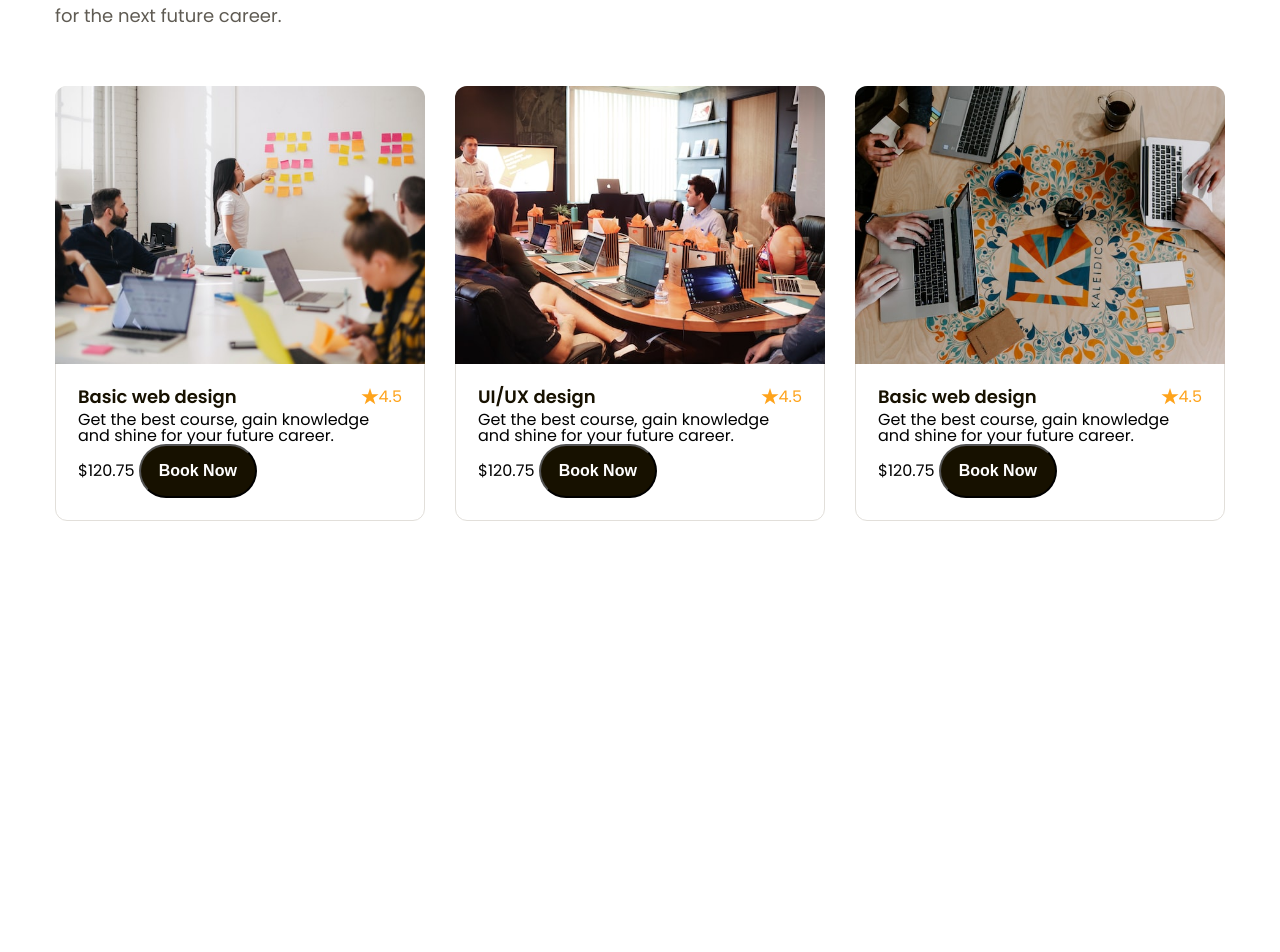
Repository: ynguyen1512/htmlcss-project-02
Page: index.html
These files come from the project's save history. The page is drawn as it stood at one moment and after the next save; the edit follows.
The browser window is 1280 px wide. The pictures show the part of the page from y = 1193 to 2145 px (the page is 5000 px tall).
A picture or video elsewhere on the page could not be fetched, so the positions and the page height are approximate.

Above is the page before, as saved 2023-02-20 22:53:24.

### index.html
<!DOCTYPE html>
<html lang="en">
<head>
    <meta charset="UTF-8">
    <meta http-equiv="X-UA-Compatible" content="IE=edge">
    <meta name="viewport" content="width=device-width, initial-scale=1.0">
    <title>F8 Project 02</title>
    <!-- Reset CSS -->
    <link rel="stylesheet" href="./assets/css/reset.css">
    <!-- Embed fonts -->
    <link rel="preconnect" href="https://fonts.googleapis.com">
    <link rel="preconnect" href="https://fonts.gstatic.com" crossorigin>
    <link href="https://fonts.googleapis.com/css2?family=Poppins:ital,wght@0,400;0,500;0,600;0,700;1,400&family=Sen:wght@700&display=swap" rel="stylesheet">
    <!-- Styles -->
    <link rel="stylesheet" href="./assets/css/style.css">
</head>
<body>
    <main style="height: 5000px;">
        <!-- Header -->
        <header class="header fixed">
            <div class=" main-content">
                <di class="body">
                    <!-- Logo -->
                    <a href="#">
                        <img src="./assets/img/logo.png" alt="Lesson." class="logo">
                    </a>
                    <!-- Navigation -->
                    <nav class="nav">
                        <ul>
                            <li class="active"><a href="#!">Home</a></li>
                            <li><a href="#!">Courses</a></li>
                            <li><a href="#!">Pricing</a></li>
                            <li><a href="#!">Reviews</a></li>
                        </ul>
                    </nav>

                    <!-- Action -->
                    <div class="action">
                        <a href="" class="btn sign-up-btn">Sign Up</a>
                    </div>
                </di >
            </div>
        </header>

        <!-- Hero -->
        <div class="hero">
            <div class="main-content">
                <div class="body">
                    <!-- Hero-left -->
                    <div class="media-block">
                        <img src="./assets/img/hero-img.jpg"
                        alt="Learn without limits and spread knowledge." class="img">

                        <div class="hero-summary">
                            <div class="item">
                                <div class="icon">
                                    <img src="./assets/icons/list.svg" alt="">
                                </div>
                                <div class="info">
                                    <p class="label">20 Courses</p>
                                    <p class="title">UI/UX Design</p>
                                </div>
                            </div>
                            <div class="item">
                                <div class="icon">
                                    <img src="./assets/icons/code.svg" alt="">
                                </div>
                                <div class="info">
                                    <p class="label">20 Courses</p>
                                    <p class="title">Development</p>
                                </div>
                            </div>
                            <div class="item">
                                <div class="icon">
                                    <img src="./assets/icons/speaker.svg" alt="">
                                </div>
                                <div class="info">
                                    <p class="label">30 Courses</p>
                                    <p class="title">Marketing</p>
                                </div>
                            </div>
                        </div>
                    </div>
                    <!-- Hero right -->
                    <div class="content-block">
                        <h1 class="heading lv1">Learn without limits and spread knowledge.</h1>
                        <p class="desc">Build new skills for that “this is my year” feeling with courses, certificates, and degrees from world-class
                             universities and companies.</p>
                        <div class="cta-group">
                            <a href="" class="btn hero-cta">See Courses</a>
                            <button class="watch-video">
                                <div class="icon">
                                    <img src="./assets/icons/play.svg" alt="">
                                </div>
                                <span>Watch Video</span>
                            </button>
                        </div>
                        <p class="desc">Recent engagement</p>
                        <p class="desc stats">
                            <strong>50K</strong> Students
                            <strong>70+</strong> Courses
                        </p>
                    </div>
                </div>
            </div>
        </div>

        <!-- Popular -->
        <div class="popular">
            <div class="main-content">
                <div class="popular-top">
                    <div class="info">
                        <h2 class="heading lv2">Our popular courses</h2>
                        <p class="desc">
                            Build new skills with new trendy
                            courses and shine for the next future career.</p>
                    </div>
                    <div class="controls">
                        <button class="control-btn">
                            <svg width="8" height="14" viewBox="0 0 8 14" fill="none" xmlns="http://www.w3.org/2000/svg">
                                <path d="M7 1L1 7L7 13" stroke="currentColor" stroke-linecap="round" stroke-linejoin="round"/>
                                </svg>
                        </button>
                        <button class="control-btn">
                            <svg width="8" height="14" viewBox="0 0 8 14" fill="none" xmlns="http://www.w3.org/2000/svg">
                                <path d="M1 1L7 7L1 13" stroke="currentColor" stroke-linecap="round" stroke-linejoin="round"/>
                                </svg>
                        </button>
                    </div>
                </div>

                <div class="course-list">
                    <!-- Course item 1-->
                    <div class="course-item">
                        <img src="./assets/img/course-1.jpg" alt="" class="thumb">
                        <div class="info">
                            <div class="head">
                                <h3 class="title">Basic web design</h3>
                                <div class="rating">
                                    <img src="./assets/icons/star.svg" alt="Star" class="star">
                                    <span class="value">4.5</span>
                                </div>
                            </div>
                            <p class="desc">
                                Get the best course, gain knowledge and shine for your
                                future career.
                            </p>
                            <div class="foot">
                                <span class="price">$120.75</span>
                                <button class="btn">Book Now</button>
                            </div>
                        </div>
                    </div>
                    <!-- Course item 2-->
                    <div class="course-item">
                        <img src="./assets/img/course-2.jpg" alt="" class="thumb">
                        <div class="info">
                            <div class="head">
                                <h3 class="title">UI/UX design</h3>
                                <div class="rating">
                                    <img src="./assets/icons/star.svg" alt="Star" class="star">
                                    <span class="value">4.5</span>
                                </div>
                            </div>
                            <p class="desc">
                                Get the best course, gain knowledge and shine for your
                                future career.
                            </p>
                            <div class="foot">
                                <span class="price">$120.75</span>
                                <button class="btn">Book Now</button>
                            </div>
                        </div>
                    </div>
                    <!-- Course item 3-->
                    <div class="course-item">
                        <img src="./assets/img/course-3.jpg" alt="" class="thumb">
                        <div class="info">
                            <div class="head">
                                <h3 class="title">Basic web design</h3>
                                <div class="rating">
                                    <img src="./assets/icons/star.svg" alt="Star" class="star">
                                    <span class="value">4.5</span>
                                </div>
                            </div>
                            <p class="desc">
                                Get the best course, gain knowledge and shine for your
                                future career.
                            </p>
                            <div class="foot">
                                <span class="price">$120.75</span>
                                <button class="btn">Book Now</button>
                            </div>
                        </div>
                    </div>
                </div>
            </div>
        </div>
    </main>

    <footer>

    </footer>
</body>
</html>

### assets/css/style.css
* {
    box-sizing: border-box;
}

:root {
    --primary-color:#FFB900;
    --font-heading: Sen, sans-serif;
}

html, body {
    scroll-behavior: smooth;
}

html {
    font-size: 62.5%;
}

body {
    font-size: 1.6rem;
    font-family: 'Poppins', 'sans-serif';
}

/* Common */
.main-content {
    width: 1170px;
    max-width: calc(100% - 48px);
    margin-left: auto;
    margin-right: auto;
}


.heading {
    font-family: var(--font-heading);
    font-weight: 700;
    letter-spacing: -0.02em;
    color: #171100;
}

.heading.lv1 {
    font-size: 5.8rem;
    line-height: 1.17;
}

.heading.lv2 {
    font-size: 3.8rem;
    line-height: 1.26;
}

a {
    text-decoration: none;
}

.btn {
    display: inline-block;
    min-width: 118px;
    padding: 0 16px;
    line-height: 50px;
    font-weight: 600;
    font-size: 16px;
    text-align: center;
    color: #FFFFFF;
    background: #171100;
    border-radius: 999px;
}

.btn:hover {
    opacity: 0.9;
}

/* Header */
.header {
    background-color: #FFFCF4;
}

.header.fixed {
    position: sticky;
    top: -28px;
    z-index: 1;
}

.header .body {
    display: flex;
    align-items: center;
    padding: 36px 0 8px;
}

.nav {
    margin-left: auto;
}

.nav ul {
    display: flex;
}

.nav a {
    position: relative;
    padding: 8px 21px;
    font-size: 1.6rem;
    color: #5F5B53;
}

.nav a:hover,
.nav li.active a {
    /* font-weight: 600; */
    text-shadow: 1px 0 0 currentColor;
    color: #171100;
}

.nav li.active a::after {
    position: absolute;
    left: 21px;
    content: "";
    bottom: 6px;
    display: block;
    width: 12px;
    height: 2px;
    background: #171100;
    border-radius: 1px;
}

.header .sign-up-btn {
    min-width: 144px;
}

/* Hero */
.hero {
    padding: 56px 0 65px;
    background: #FFFCF4;
}

.hero .body {
    display: flex;
}

/* Hero left */
.hero .media-block {
    position: relative;
    width: 48%;
}


.hero .media-block .img {
    width: 470px;
    height: 685px;
    object-fit: cover;
    border-radius: 20px;
    vertical-align: bottom;
}

.hero-summary {
    position: absolute;
    right: 0;
    bottom: 48px;
    width: 270px;
    padding: 24px;
    background: #FFFFFF;
    box-shadow: 0px 16px 32px rgba(0, 0, 0, 0.05);
    border-radius: 12px;

}

.hero-summary .item {
    display: flex;
    align-items: center;
}

.hero-summary .item + .item {
    margin-top: 22px;
}


.hero-summary .icon {
    width: 48px;
    height: 48px;
    border-radius: 50%;
    display: flex;
    align-items: center;
    justify-content: center;
    background: #FFF9E8;
}

.hero-summary .item:nth-of-type(2) .icon {
    background: #FCEFFF;
}

.hero-summary .item:nth-of-type(3) .icon {
    background: #EBEAFF;
}

.hero-summary .info {
    margin-left: 16px;
}

.hero-summary .label {
    font-size: 1.4rem;
    line-height: 1.86;
    color: #5F5B53;
}

.hero-summary .title {
    font-weight: 600;
    font-size: 1.8rem;
    line-height: 1.67;
    color: #171100;
}
/* Hero right */
.hero .content-block {
    width: 52%;
    padding: 64px 0 0 130px;
}


.hero .desc {
    margin-top: 22px;
    font-weight: 400;
    font-size: 1.8rem;
    line-height: 1.67;
    color: #5F5B53;
}

.hero .cta-group {
    margin: 38px 0 48px;
    display: flex;
    align-items: center;
}

.hero-cta {
    min-width: 180px;
    background: var(--primary-color);
    line-height: 64px;
    border-radius: 32px;
}

.hero .watch-video {
    border: none;
    background-color: transparent;
    display: flex;
    margin-left: 28px;
    align-items: center;
    cursor: pointer;
}

.hero .watch-video .icon {
    display: flex;
    align-items: center;
    justify-content: center;
    width: 40px;
    height: 40px;
    border-radius: 50%;
    background: #FFFFFF;
    box-shadow: 0px 8px 16px rgba(0, 0, 0, 0.07);
}

.hero .watch-video span {
    margin-left: 14px;
    font-weight: 600;
    font-size: 1.8rem;
    line-height: 1.67;
    color: #171100;
}

.hero .stats {
    margin:8px 0 0 -28px;
}

.hero .stats strong {
    font-family: var(--font-heading);
    font-weight: 700;
    font-size: 4.4rem;
    line-height: 1.23;
    color: #171100;
    padding: 0 8px 0 28px;
}

/* Popular */
.popular {
    padding: 65px 0;
    margin-top: 135px;
}

.popular-top {
    display: flex;
    justify-content: space-between;
    align-items: center;
}

.popular-top .desc {
    margin-top: 16px;
    width: 458px;
    font-size: 1.8rem;
    line-height: 1.67;
    color: #5F5B53;
}

.popular-top .controls {
    display: flex;
    gap: 18px;
}

.popular-top .control-btn {
    display: flex;
    align-items: center;
    justify-content: center;
    width: 40px;
    height: 40px;
    border-radius: 50%;
    color: var(--primary-color);
    border: 1px solid var(--primary-color);
    background: transparent;
}

.popular-top .control-btn:hover {
    background: var(--primary-color);
    color: #FFF;
    cursor: pointer;
}

.popular .course-list {
    margin-top: 55px;
    display: flex;
    gap: 30px;
}

.popular .course-item {
    flex: 1;
    background: #FFFFFF;
    border: 1px solid #E2DFDA;
    border-radius: 12px;
}

.popular .course-item .thumb {
    margin: -1px;
    width: calc(100% + 2px);
    height: 278px;
    object-fit: cover;
    border-radius: 12px 12px 0px 0px;
}

.popular .course-item .info {
    padding: 16px 22px 22px;
}

.popular .course-item .rating,
.popular .course-item .head {
    display: flex;
    align-items: center;
    justify-content: space-between;
}

.popular .course-item .title {
    font-weight: 600;
    font-size: 1.8rem;
    line-height: 1.67;
    color: #171100;
}

.popular .rating .value {
    font-weight: 400;
    font-size: 1.6rem;
    line-height: 1.75;
    color: #FEA31B;
}

Loaded but not shown: assets/css/reset.css (common file)

After the next save:
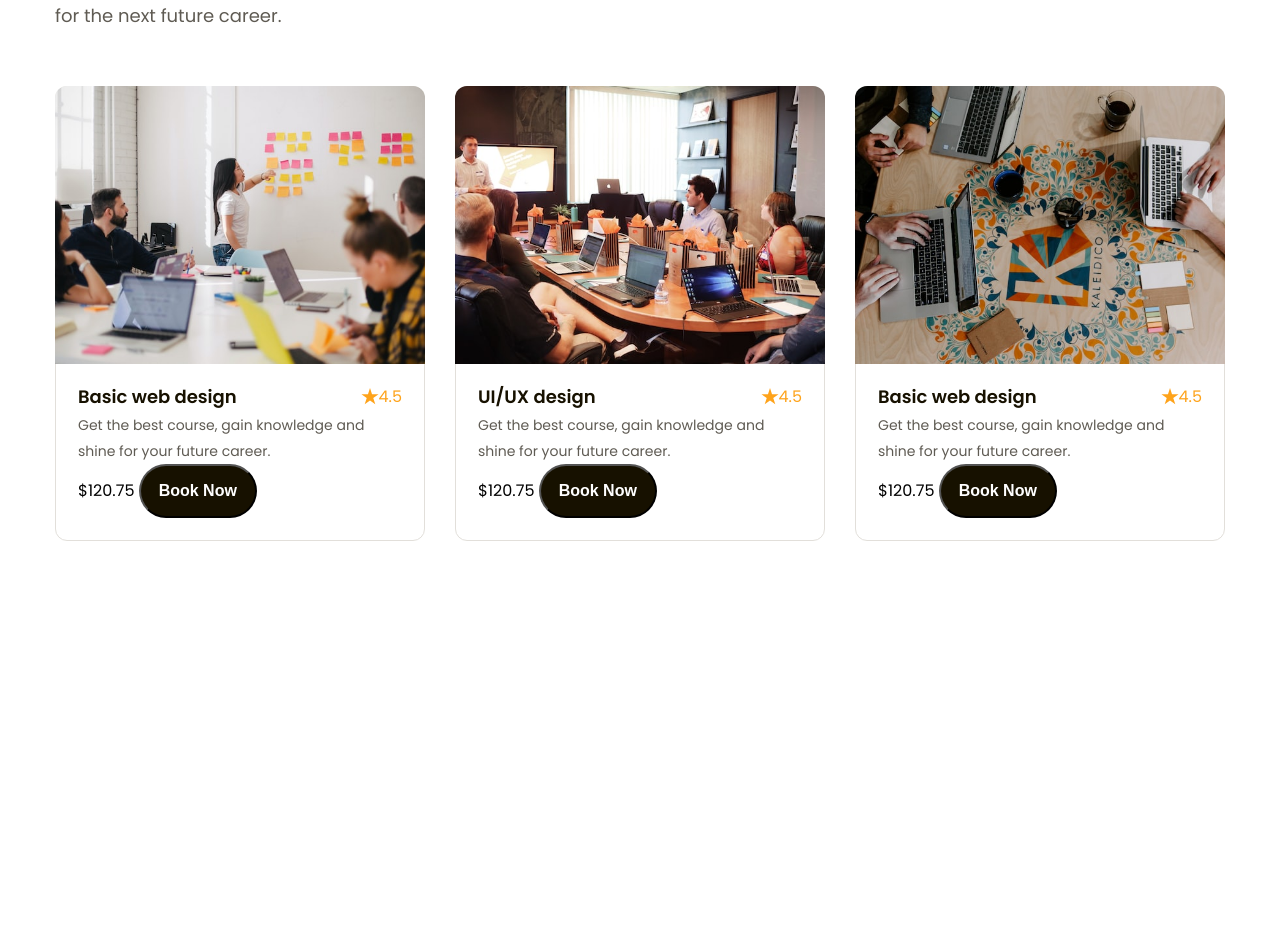
Saved 52 s later.
--- a/assets/css/style.css
+++ b/assets/css/style.css
@@ -360,3 +360,10 @@ a {
     line-height: 1.75;
     color: #FEA31B;
 }
+
+.popular .course-item .desc {
+    font-weight: 400;
+    font-size: 14px;
+    line-height: 1.86;
+    color: #5F5B53;
+}
